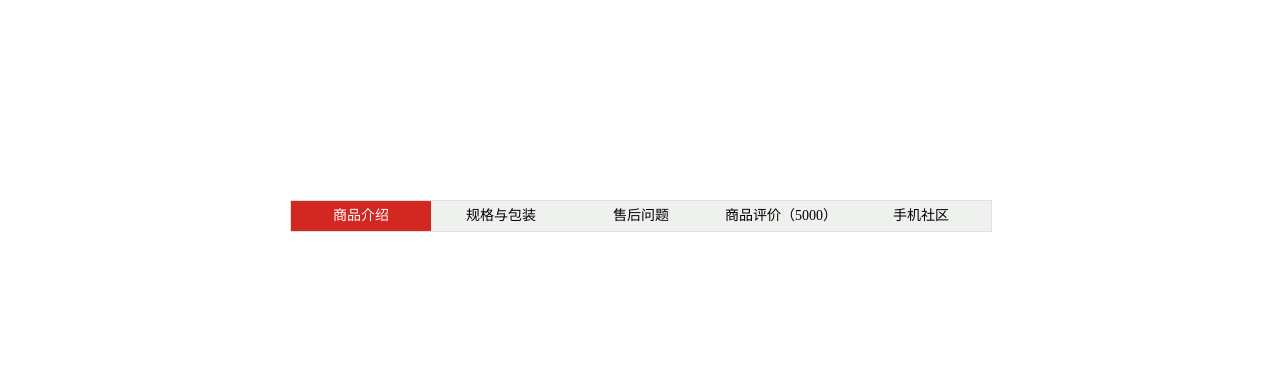
Repository: Sky0258/study
Page: js/tab案例.html
These files come from the project's save history. The page is drawn as it stood at one moment and after the next save; the edit follows.
The browser window is 1280 px wide. The pictures show the whole page.
After loading, the first visible `li.current` was clicked once.

Above is the page before, as saved 2022-09-10 15:49:31.

### js/tab案例.html
<!DOCTYPE html>
<html lang="en">

<head>
    <meta charset="UTF-8">
    <meta http-equiv="X-UA-Compatible" content="IE=edge">
    <meta name="viewport" content="width=device-width, initial-scale=1.0">
    <title>Document</title>
</head>
<style>
    * {
        padding: 0;
        margin: 0;
    }
    .tab {
        width: 700px;
        margin: 200px auto;
        /* border: 1px solid #e0e0e0; */
    }
    ul {
        display: flex;
        width: 100%;
        background-color: #eef1ee;
        border: 1px solid #e0e0e0;
    }
    li {
        list-style: none;
        /* border: 1px solid #e0e0e0; */
        width: 20%;
        text-align: center;
        height: 30px;
        line-height: 30px;
        font-size: 14px;
        cursor: pointer;
    }
    .current {
        background: #d32822;
        color: white;
    }
</style>
<body>
    <div class="tab">
        <ul>
            <li class="current">商品介绍</li>
            <li>规格与包装</li>
            <li>售后问题</li>
            <li>商品评价（5000）</li>
            <li>手机社区</li>
        </ul>

        <div class="item">
            <div>商品介绍模块</div>
            <div>规格与包装模块</div>
            <div>售后保障模块</div>
            <div>商品评价模块</div>
            <div>手机社区模块</div>
        </div>
    </div>

</body>
<script>
    var tabLi = document.querySelectorAll('li');
    var tabDiv = document.querySelector('.tab').querySelectorAll('div');

    for(var i = 0;i < tabLi.length;i++) {
        tabLi[i].setAttribute('index',i);
        tabLi[i].onclick = function() {
            for(var j = 0;j < tabLi.length;j++) {
                tabLi[j].className = '';
            }
            this.className = 'current';

            var index = this.getAttribute('index');

            // for(var k = 0;k <tabDiv.length;k++) {
                tabDiv[0].style.display = 'none';
                // tabDiv[0].style.display = 'block';
            // }
            console.log(index);
        }
    }
</script>
</html>

After the next save:
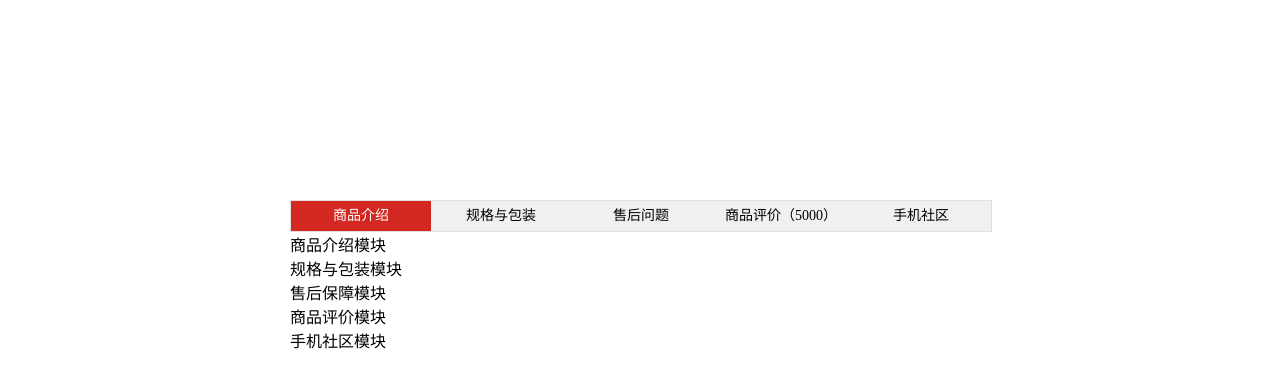
Saved 53 s later.
--- a/js/tab案例.html
+++ b/js/tab案例.html
@@ -60,7 +60,7 @@
 </body>
 <script>
     var tabLi = document.querySelectorAll('li');
-    var tabDiv = document.querySelector('.tab').querySelectorAll('div');
+    var tabDiv = document.querySelector('.item').querySelectorAll('div');
 
     for(var i = 0;i < tabLi.length;i++) {
         tabLi[i].setAttribute('index',i);
@@ -72,11 +72,10 @@
 
             var index = this.getAttribute('index');
 
-            // for(var k = 0;k <tabDiv.length;k++) {
+            for(var k = 0;k <tabDiv.length;k++) {
                 tabDiv[0].style.display = 'none';
-                // tabDiv[0].style.display = 'block';
-            // }
-            console.log(index);
+            }
+            tabDiv[index].style.display = 'block';
         }
     }
 </script>
